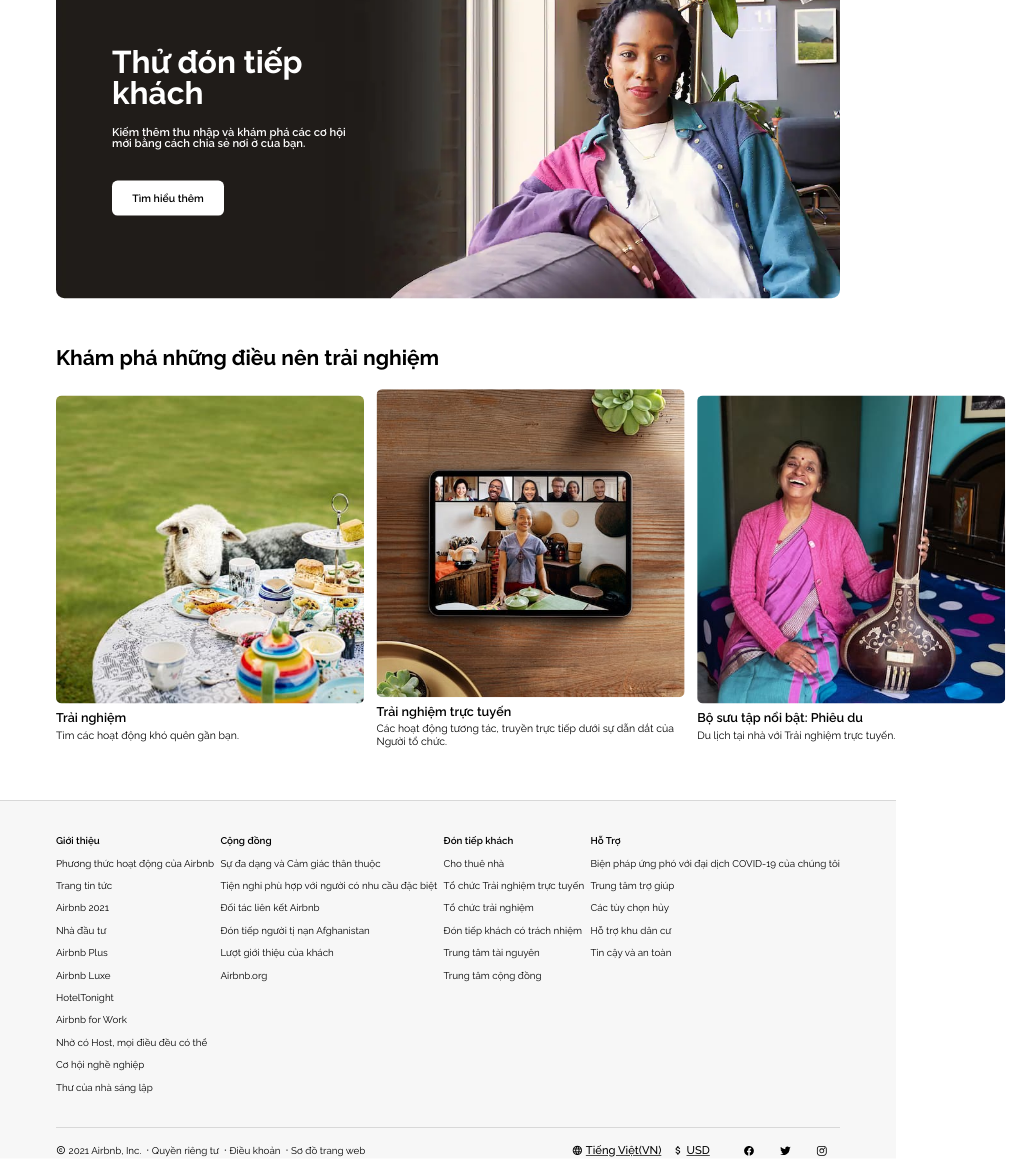
Repository: vanntrong/airbnb-clone
Page: index.html
The author's editor kept a copy of each file at every save. The page is drawn from the files as they stood at one save, then again after the next save.
The browser window is 1280 px wide. The page is 1454 px wide, so the pictures cover 1454 px, including what lies to the right of the window. The pictures show the part of the page from y = 1270 to 2950 px (the page is 2950 px tall), at 70% of full size.

Above is the page before, as saved 2021-09-23 18:19:20.

After the next save:
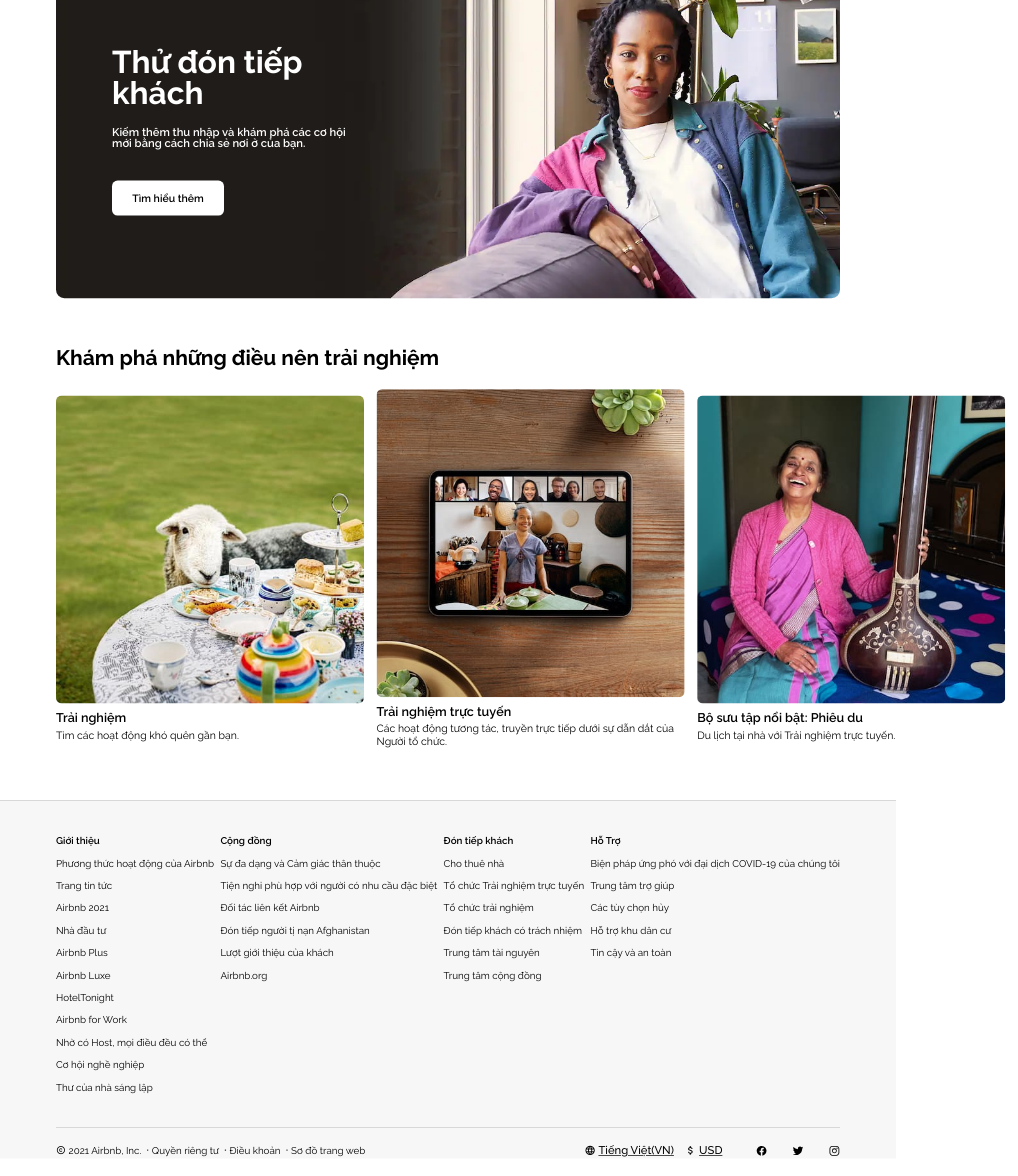
Saved 5 s later.
--- a/assets/css/style.css
+++ b/assets/css/style.css
@@ -562,7 +562,7 @@
   font-size: 1.6rem;
   margin: 0 18px;
 }
-.footer__link-icon:last-child() {
+.footer__link-icon:last-child {
   margin-right: unset;
 }
 .footer__link:hover {
